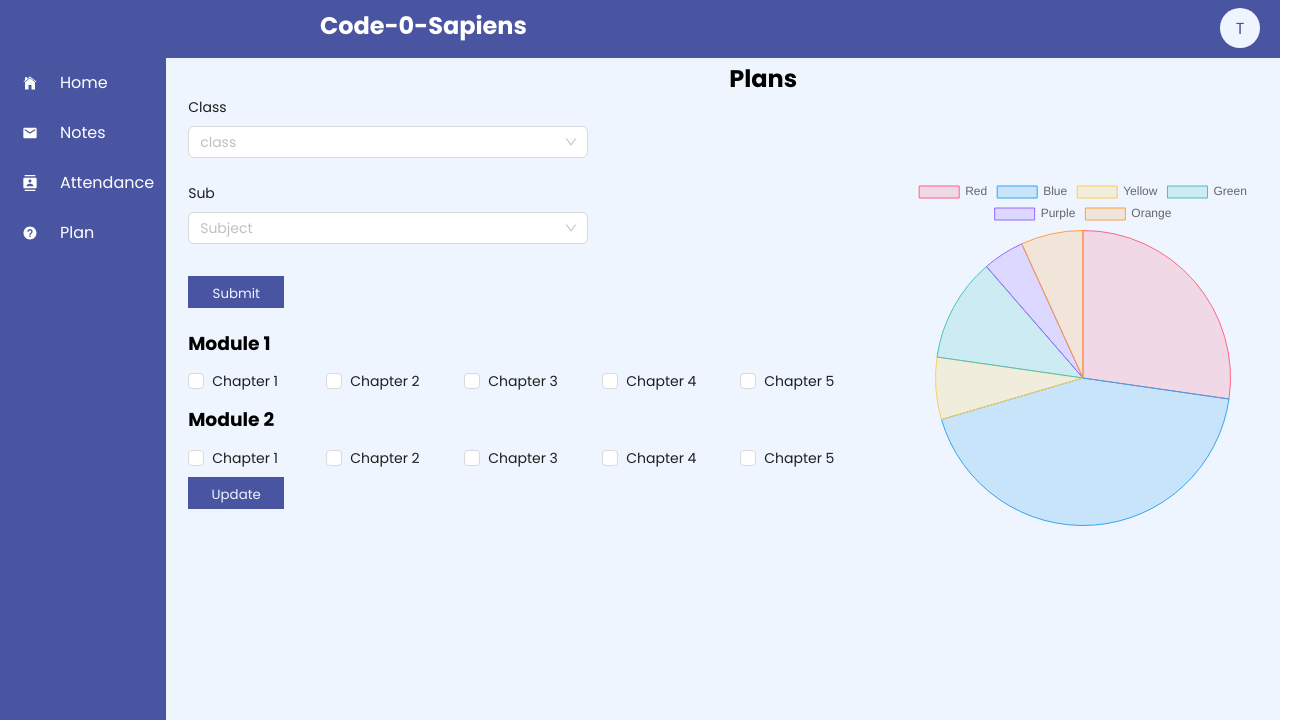
Repository: sinchana-P/code-0-sapiens
Page: /plans (app in client/), after clicking the first element matching `button`
These files come from the project's save history. The page is drawn as it stood at one moment and after a run of saves; the edit follows.
The browser window is 1280 px wide. The page is 1290 px wide, so the pictures cover 1290 px, including what lies to the right of the window. The pictures show the whole page.
The project was rebuilt for these pictures with package versions that can differ from the ones it lists, and the page was loaded fresh each time. Also part of the build but not shown: client/src/components/auth/login/FormLayoutLogin.jsx, client/src/components/auth/login/Login.jsx, client/src/components/auth/register/FormLayoutRegister.jsx, client/src/components/auth/register/Register.jsx, client/src/components/homeScene/Home.jsx, client/src/components/notes/Notes.jsx, client/src/components/attendance/Attendance.jsx, client/src/components/profile/Profile.jsx and 5 more.

Above is the page before, as saved 2024-03-01 07:49:43.

After the next 2 saves:
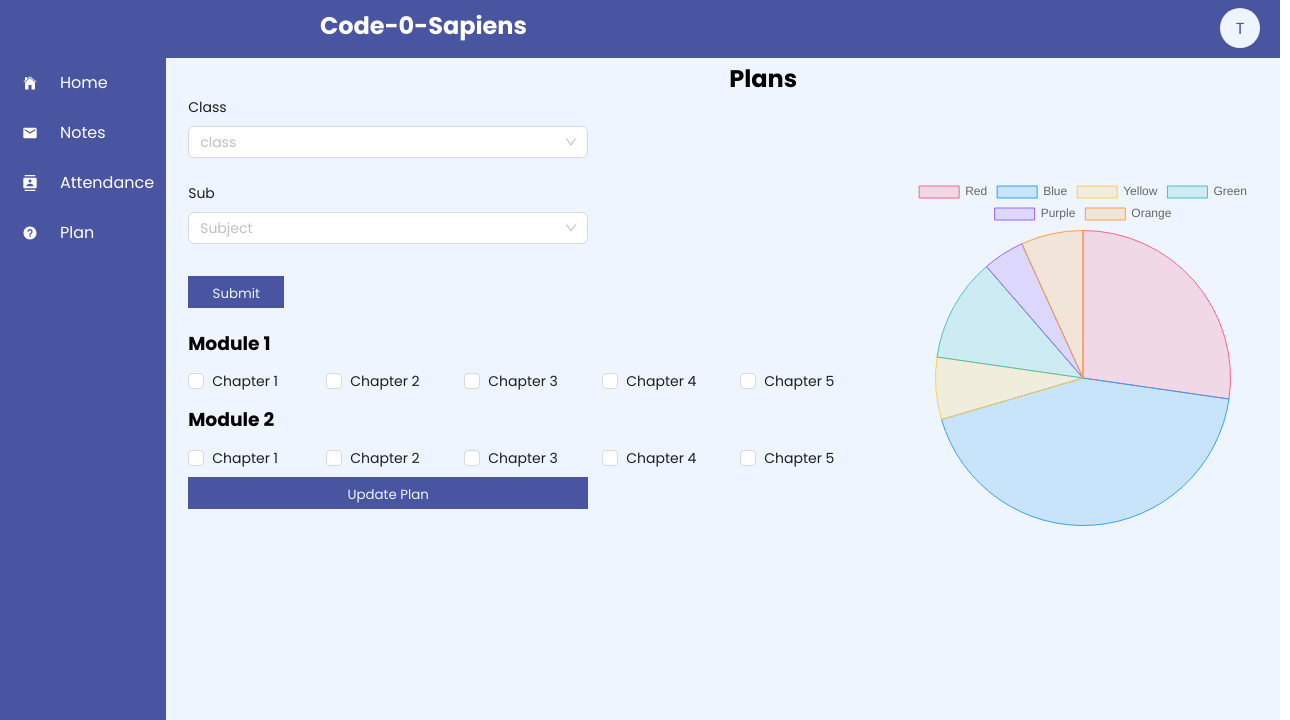
The 2 saves are shown as one change because they came seconds apart.
The last was saved 24 s later.
--- a/client/src/components/plans/Plans.jsx
+++ b/client/src/components/plans/Plans.jsx
@@ -179,7 +179,7 @@ const Plans = () => {
                           </div>
 
                       ))}
-                      <button style={{ width: '6rem', height: '2rem', textAlign: 'center' }}>Update Plan</button>
+                      <button style={{ width: '25rem', height: '2rem', textAlign: 'center' }}>Update Plan</button>
                         </>
                     )}
                 </div>
